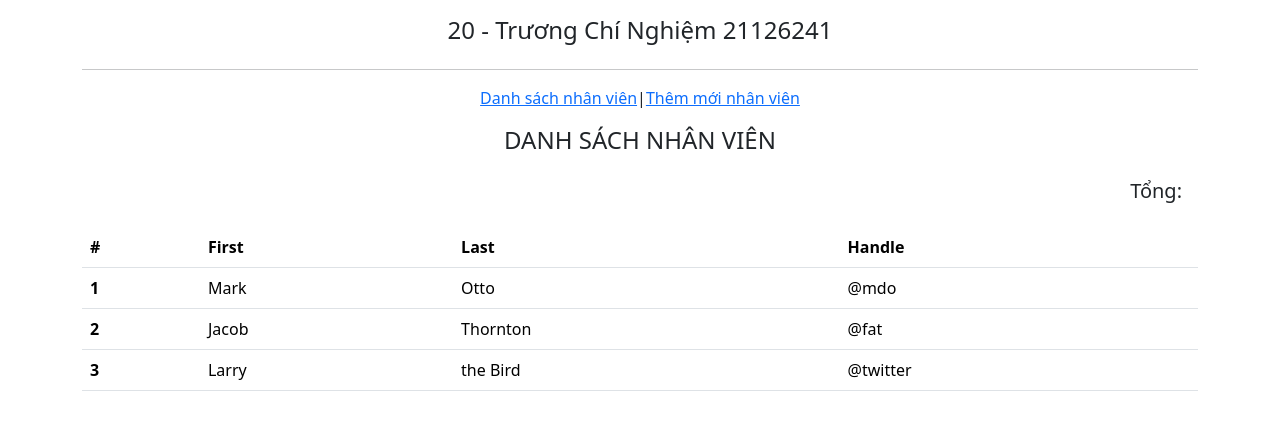
Repository: TruongChiNghiem1/wwwServlet
Page: http://localhost/20_TruongChiNghiem_21126241/views/ListNhanVien/index.jsp
These files come from the project's save history. The page is drawn as it stood at one moment and after the next save; the edit follows.
The browser window is 1280 px wide. The pictures show the whole page.
The page is served by Tomcat 10. Other server files are loaded and not shown.

Above is the page before, as saved 2024-10-25 16:52:53.

### 20_TruongChiNghiem_21126241/src/main/webapp/views/ListNhanVien/index.jsp
<%@ page language="java" contentType="text/html; charset=UTF-8"
	pageEncoding="UTF-8"%>
<!DOCTYPE html>
<html>
<head>
<meta charset="UTF-8">
<title>Insert title here</title>
<link
	href="https://cdn.jsdelivr.net/npm/bootstrap@5.3.3/dist/css/bootstrap.min.css"
	rel="stylesheet"
	integrity="sha384-QWTKZyjpPEjISv5WaRU9OFeRpok6YctnYmDr5pNlyT2bRjXh0JMhjY6hW+ALEwIH"
	crossorigin="anonymous">
<script
	src="https://cdn.jsdelivr.net/npm/bootstrap@5.3.3/dist/js/bootstrap.bundle.min.js"
	integrity="sha384-YvpcrYf0tY3lHB60NNkmXc5s9fDVZLESaAA55NDzOxhy9GkcIdslK1eN7N6jIeHz"
	crossorigin="anonymous"></script>
</head>
<body>
	<div class="container">
		<div class="d-flex justify-content-center m-3">
			<h4>20 - Trương Chí Nghiệm 21126241</h4>
		</div>
		<hr>
		<div class="d-flex justify-content-center m-3">
			<a href="/20_TruongChiNghiem_21126241">Danh sách nhân viên</a>|
			<a href="/20_TruongChiNghiem_21126241/add-data">Thêm mới nhân viên</a>
		</div>
		<div class="d-flex justify-content-center m-3">
			<h4>DANH SÁCH NHÂN VIÊN</h4>
		</div>
		<div class="d-flex justify-content-end m-3">
			<h5>Tổng: </h5>
		</div>
		<div>
			<table class="table">
				<thead>
					<tr>
						<th scope="col">#</th>
						<th scope="col">First</th>
						<th scope="col">Last</th>
						<th scope="col">Handle</th>
					</tr>
				</thead>
				<tbody>
					<tr>
						<th scope="row">1</th>
						<td>Mark</td>
						<td>Otto</td>
						<td>@mdo</td>
					</tr>
					<tr>
						<th scope="row">2</th>
						<td>Jacob</td>
						<td>Thornton</td>
						<td>@fat</td>
					</tr>
					<tr>
						<th scope="row">3</th>
						<td>Larry</td>
						<td>the Bird</td>
						<td>@twitter</td>
					</tr>
				</tbody>
			</table>
		</div>
	</div>
</body>
</html>

After the next save:
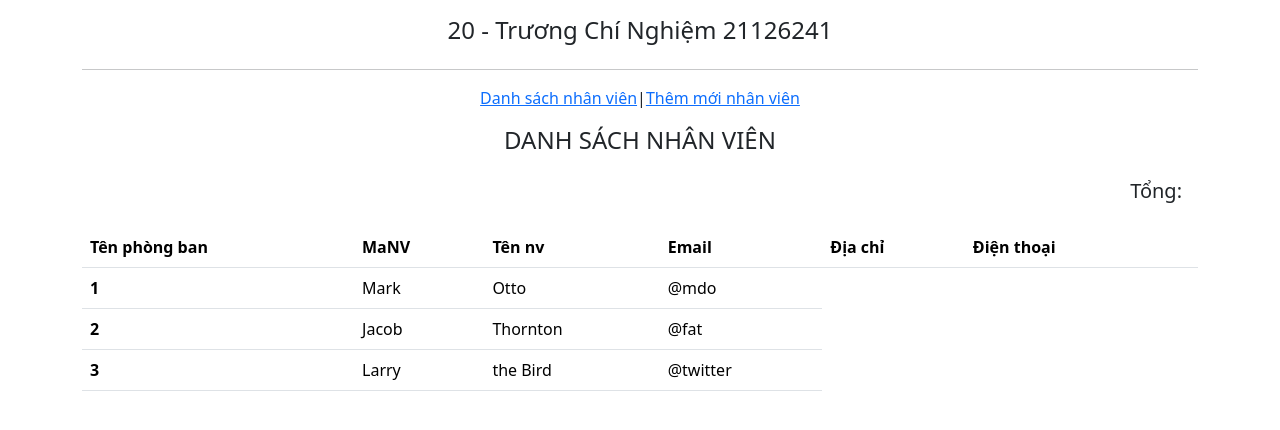
Saved 64 s later.
--- a/20_TruongChiNghiem_21126241/src/main/webapp/views/ListNhanVien/index.jsp
+++ b/20_TruongChiNghiem_21126241/src/main/webapp/views/ListNhanVien/index.jsp
@@ -35,10 +35,13 @@
 			<table class="table">
 				<thead>
 					<tr>
-						<th scope="col">#</th>
-						<th scope="col">First</th>
-						<th scope="col">Last</th>
-						<th scope="col">Handle</th>
+						<th scope="col">Tên phòng ban</th>
+						<th scope="col">MaNV</th>
+						<th scope="col">Tên nv</th>
+						<th scope="col">Email</th>
+						<th scope="col">Địa chỉ</th>
+						<th scope="col">Điện thoại</th>
+						<th scope="col"></th>
 					</tr>
 				</thead>
 				<tbody>
